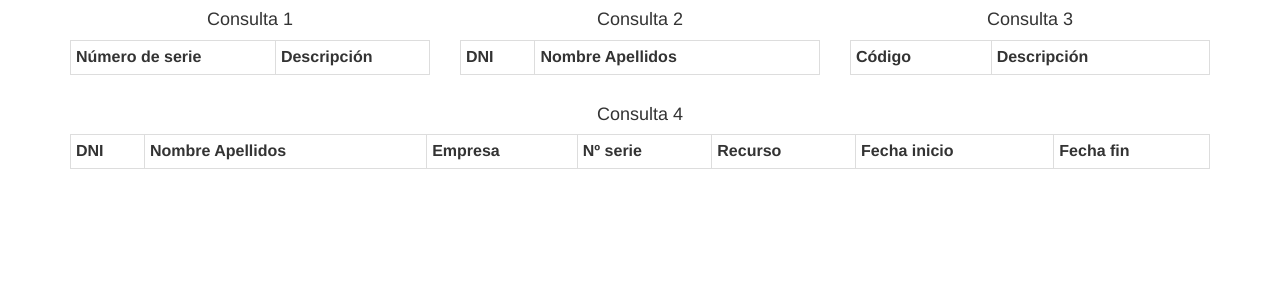
Repository: Myugen/EjercicioPHP
Page: http://localhost/Ejercicio2/index.php
These files come from the project's save history. The page is drawn as it stood at one moment and after the next save; the edit follows.
The browser window is 1280 px wide. The pictures show the whole page.
Some web libraries are served in a nearby version. The page is run by PHP 8.4 with error messages shown; the project is at /var/www/html/. Queries for data that is not in the repository find no rows.

Above is the page before, as saved 2015-11-18 19:14:54.

After the next save:
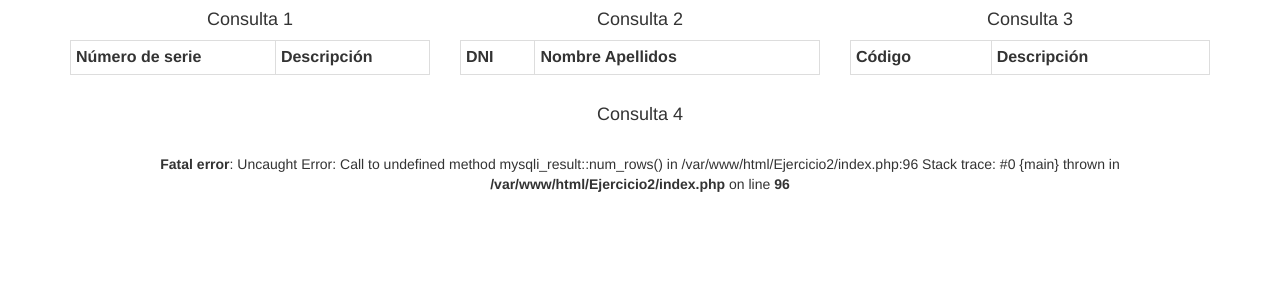
Saved 12 min 9 s later.
--- a/Actividades5-2/Ejercicio2/index.php
+++ b/Actividades5-2/Ejercicio2/index.php
@@ -93,16 +93,19 @@
 		                  WHERE t.DNI = p.DNI AND t.NumSerie = r.NumSerie
 		                        AND p.empresa = e.Codigo AND r.empresa = e.Codigo";
 			if($resultado = $conexion->query($consulta4)) {
-				echo "<table class='table table-condensed table-bordered table-hover'>";
-				echo "<tr><th>DNI</th><th>Nombre Apellidos</th><th>Empresa</th><th>Nº serie</th>
-		              <th>Recurso</th><th>Fecha inicio</th><th>Fecha fin</th></tr>";
-				while($row = $resultado->fetch_row()){
-					echo "<tr><td>" . utf8_encode($row[0]) . "</td><td>" . utf8_encode($row[1]) . "</td>
-						  <td>" . utf8_encode($row[2]) . "</td><td>" . utf8_encode($row[3]) . "</td>
-			              <td>" . utf8_encode($row[4]) . "</td><td>" . utf8_encode($row[5]) . "</td>
-			              <td>" . utf8_encode($row[6]) . "</td></tr>";
+				if($resultado->num_rows() > 0) {
+					echo "<table class='table table-condensed table-bordered table-hover'>";
+					echo "<tr><th>DNI</th><th>Nombre Apellidos</th><th>Empresa</th><th>Nº serie</th>
+			              <th>Recurso</th><th>Fecha inicio</th><th>Fecha fin</th></tr>";
+					while($row = $resultado->fetch_row()){
+						echo "<tr><td>" . utf8_encode($row[0]) . "</td><td>" . utf8_encode($row[1]) . "</td>
+							  <td>" . utf8_encode($row[2]) . "</td><td>" . utf8_encode($row[3]) . "</td>
+				              <td>" . utf8_encode($row[4]) . "</td><td>" . utf8_encode($row[5]) . "</td>
+				              <td>" . utf8_encode($row[6]) . "</td></tr>";
+					}
+					echo "</table>";
 				}
-				echo "</table>";
+				echo "<p class='text-danger'>No existen registros.</p><br>";
 			}
 			else {
 				echo "<p class='text-danger'>Consulta no resuelta. Error $conexion->errno : $conexion->error </p><br>";
